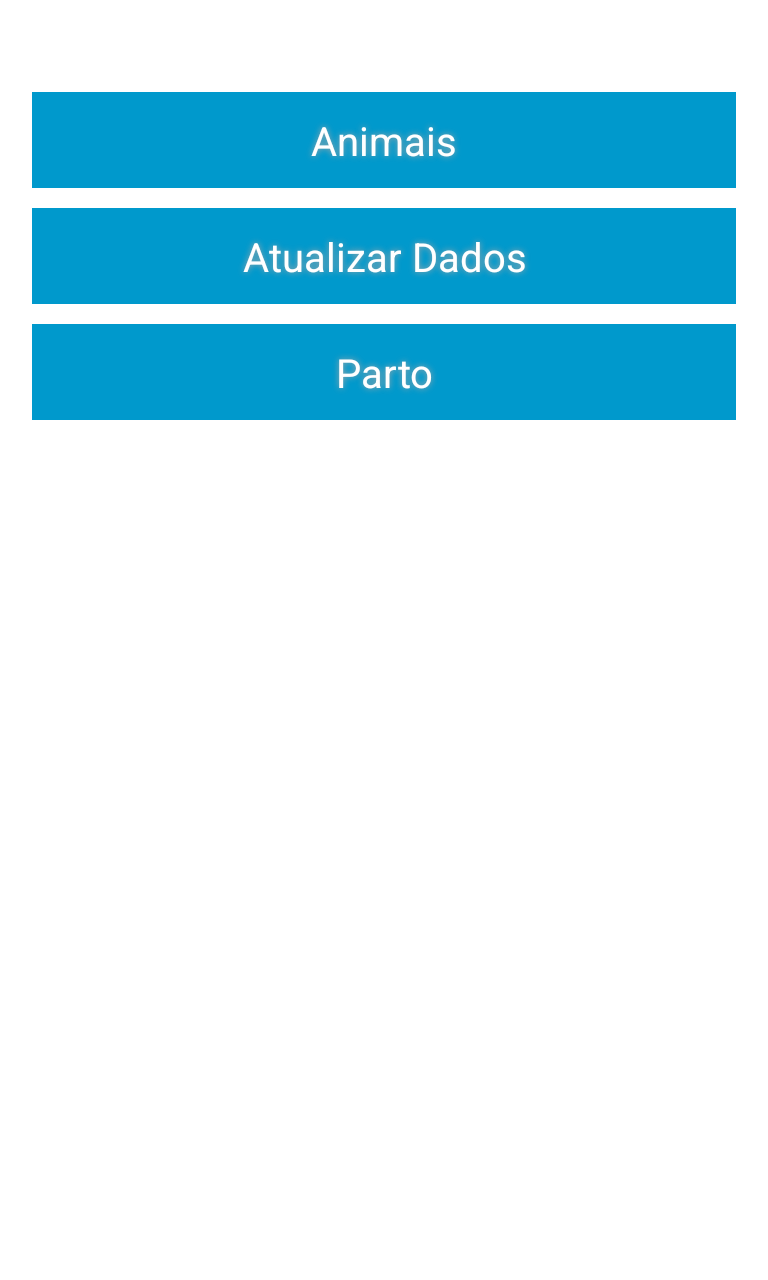
Repository: vpamaral/TaurusMobile
Layout: TaurusMobile/res/layout/activity_main.xml
An editor plug-in stored every save of this project. The layout is shown before and after the next save, followed by the edit.
It is drawn on a 768 x 1280 px phone screen (xhdpi) without system bars, with theme AppTheme; the app's code is not run.

Above is the layout before, as saved 2015-05-15 16:25:25.

After the next save:
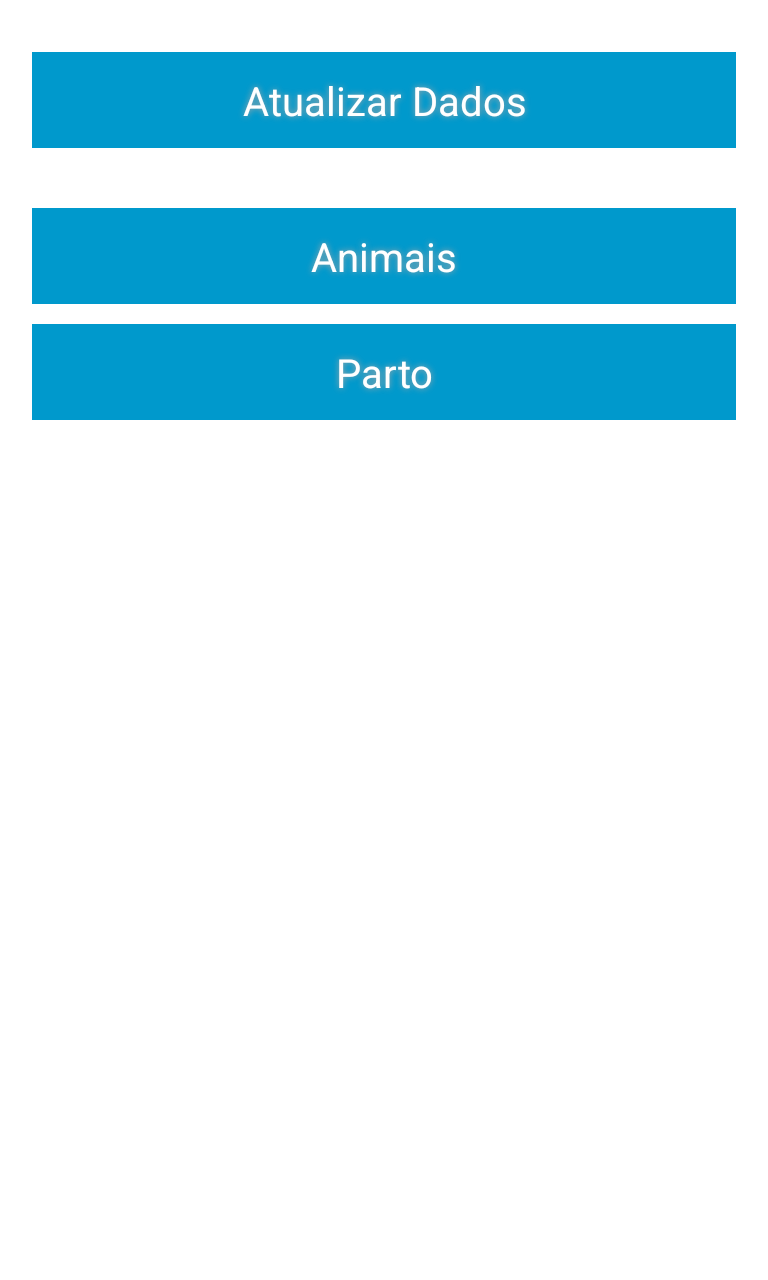
Saved 14 min 48 s later.
--- a/TaurusMobile/res/layout/activity_main.xml
+++ b/TaurusMobile/res/layout/activity_main.xml
@@ -8,6 +8,28 @@
     android:paddingRight="@dimen/activity_horizontal_margin"
     android:paddingTop="@dimen/activity_vertical_margin"
     tools:context="br.com.taurusmobile.ui.MainActivity" >
+
+    <LinearLayout
+        android:id="@+id/linearLayout2"
+        android:layout_width="fill_parent"
+        android:layout_height="wrap_content" >
+
+        <Button
+            android:id="@+id/btn_atualiza"
+            android:layout_width="match_parent"
+            android:layout_height="wrap_content"
+            android:layout_alignParentTop="true"
+            android:layout_centerHorizontal="true"
+            android:layout_marginTop="10dp"
+            android:background="@drawable/btn_selector"
+            android:shadowColor="#A8A8A8"
+            android:shadowDx="0"
+            android:shadowDy="0"
+            android:shadowRadius="5"
+            android:text="Atualizar Dados"
+            android:textColor="#FFFFFF"
+            android:textSize="20sp" />
+    </LinearLayout>
 
     <LinearLayout
         android:id="@+id/linearLayout1"
@@ -27,28 +49,6 @@
             android:shadowDy="0"
             android:shadowRadius="5"
             android:text="Animais"
-            android:textColor="#FFFFFF"
-            android:textSize="20sp" />
-    </LinearLayout>
-
-    <LinearLayout
-        android:id="@+id/linearLayout2"
-        android:layout_width="fill_parent"
-        android:layout_height="wrap_content" >
-
-        <Button
-            android:id="@+id/btn_atualiza"
-            android:layout_width="match_parent"
-            android:layout_height="wrap_content"
-            android:layout_alignParentTop="true"
-            android:layout_centerHorizontal="true"
-            android:layout_marginTop="10dp"
-            android:background="@drawable/btn_selector"
-            android:shadowColor="#A8A8A8"
-            android:shadowDx="0"
-            android:shadowDy="0"
-            android:shadowRadius="5"
-            android:text="Atualizar Dados"
             android:textColor="#FFFFFF"
             android:textSize="20sp" />
     </LinearLayout>
